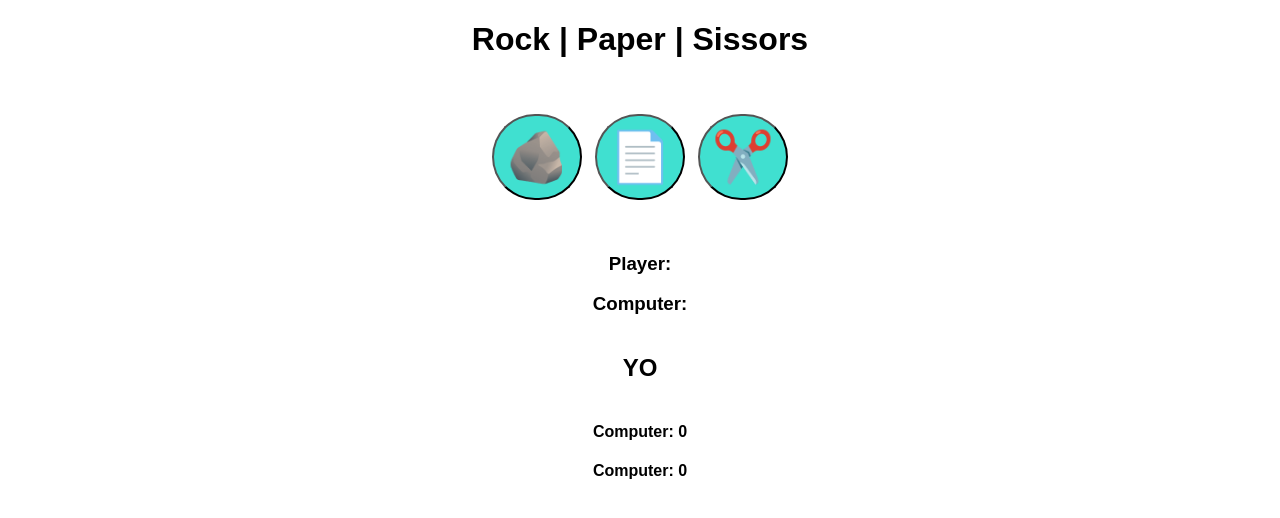
Repository: SakthivelDurai47/Rock-Paper-Sissors
Page: index.html
These files come from the project's save history. The page is drawn as it stood at one moment and after the next save; the edit follows.
The browser window is 1280 px wide. The pictures show the whole page.

Above is the page before, as saved 2025-04-14 22:11:42.

After the next save:
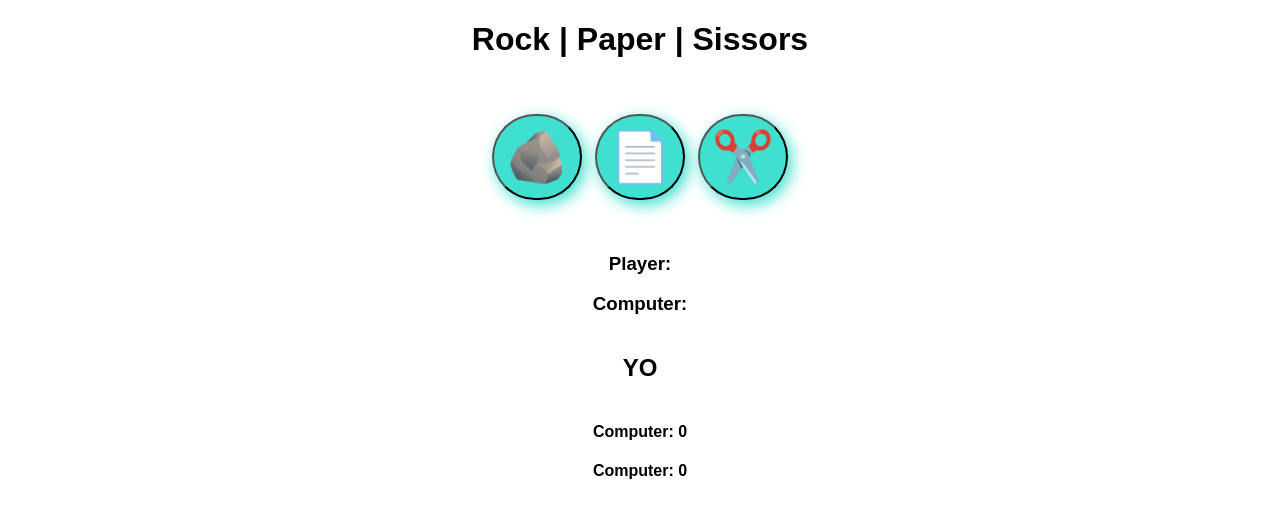
Saved 52 s later.
--- a/styles.css
+++ b/styles.css
@@ -15,4 +15,5 @@ button {
   padding: 12px;
   margin: 4px;
   background-color: turquoise;
+  box-shadow: 4px 5px 15px turquoise;
 }
